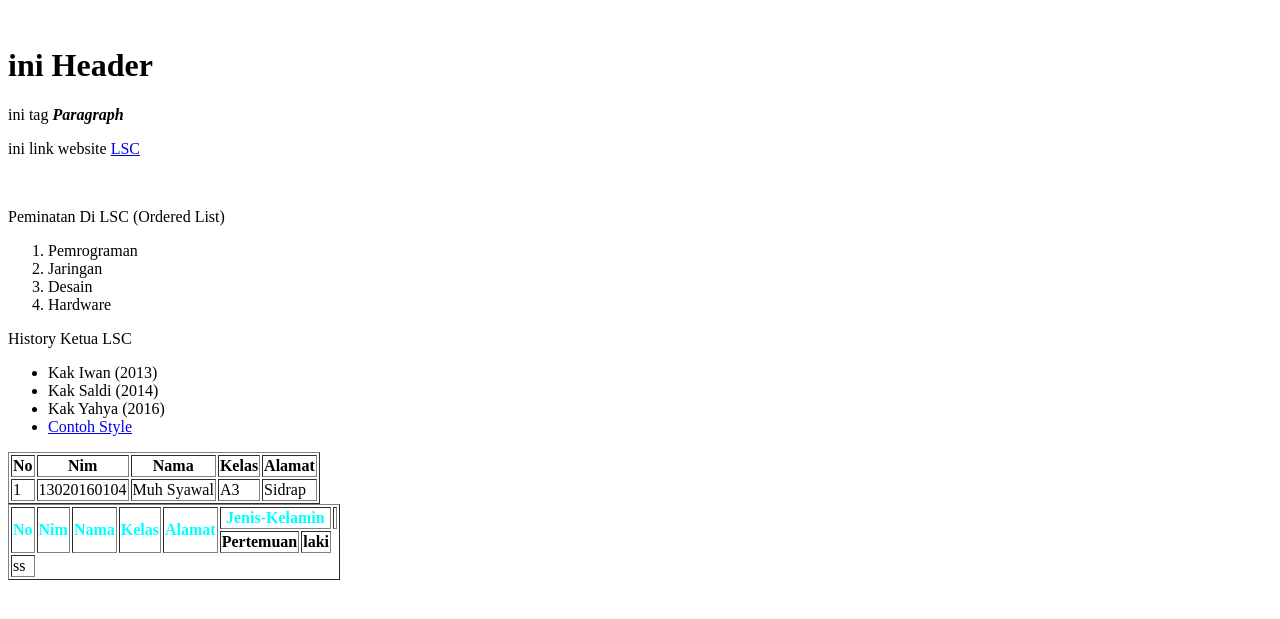
Repository: syawal2kalii/HelloWorld
Page: basichtml.htm
An editor plug-in stored every save of this project. The page is shown before and after a run of saves, followed by the edit.
The browser window is 1280 px wide. The pictures show the whole page.

Above is the page before, as saved 2019-11-17 11:46:49.

### basichtml.htm

<!--
Pertemuan 4
Overview
    Struktur Dasar
    Struktur Tag
        *Tag,Atribute,Property
    Berkenalan Dengan Beberapa Tag
        *header
        *Paragraph
        *Text Style (Bold,italic,font)
        *a
        *image
        *list
        *Table (colspan & Rowspan)
        *input
        *form
        *link import
    Dimensi dari setiap tag (block,inline)
    Studi Case : login,register,table user (No Style)

     -->

<!DOCTYPE html>
<html lang="en">
<head>
    <meta charset="UTF-8">
    <meta name="viewport" content="width=device-width, initial-scale=1.0">
    <meta http-equiv="X-UA-Compatible" content="ie=edge">
    <title>Basic HTML (Pertemuan 5)</title>
</head>
<body>
    <!-- tag atribute value
        global -> style,class (https://www.w3.org/TR/2010/WD-html-markup-20101019/global-attributes.html)
        local -> src
    -->

    <img src="" alt="">
    <h1>ini Header</h1>
    <p>ini tag <b><i>Paragraph</i></b></p>
    <p>ini link website <a href="http://www.lscumi.info.tm">LSC</a> </p>
    <img src="" alt="">
   <p> Peminatan Di LSC (Ordered List) </p>
    <ol>
        <li>Pemrograman</li>
        <li>Jaringan</li>
        <li>Desain</li>
        <li>Hardware</li>
    </ol>

    <p>History Ketua LSC</p>
    <ul>
        <li>Kak Iwan (2013)</li>
        <li>Kak Saldi (2014)</li>
        <li>Kak Yahya (2016)</li>
        <li><a href="https://www.w3schools.com/html/html_lists.asp">Contoh Style</a></li>
    </ul>

    <table border="1"> <!-- tag pembuka -->
        <tr> <!-- table row -->
            <th>No</th> <!-- table Head -->
            <th>Nim</th>
            <th>Nama</th>
            <th>Kelas</th>
            <th>Alamat</th>
        </tr>
        <tr>
            <td>1</td> <!-- table Data -->
            <td>13020160104</td> <!-- table Data -->
            <td>Muh Syawal</td> <!-- table Data -->
            <td>A3</td> <!-- table Data -->
            <td>Sidrap</td> <!-- table Data -->
        </tr>
    </table> <!-- tag penutup -->

    <table border="1">

        <tr style="color: aqua;">
            <th rowspan="2">No</th>
            <th rowspan="2">Nim</th>
            <th rowspan="2">Nama</th>
            <th rowspan="2">Kelas</th>
            <th rowspan="2">Alamat</th>
            <th colspan="2">Jenis-Kelamin</th>
            <th></th>
        </tr>

        <tr>
               <th>Pertemuan</td>
               <th>laki</td>

        </tr>
        <tr>
            <td>ss</td>
        </tr>
    </table>

    <!-- <link rel="stylesheet" href="lscumi.info.tm">Ini link ke website LSC -->


</body>


</html>

<!-- kemungkinan Error
    1.tag a tanpa http
    2.Margin di Css
-->

After the next 3 saves:
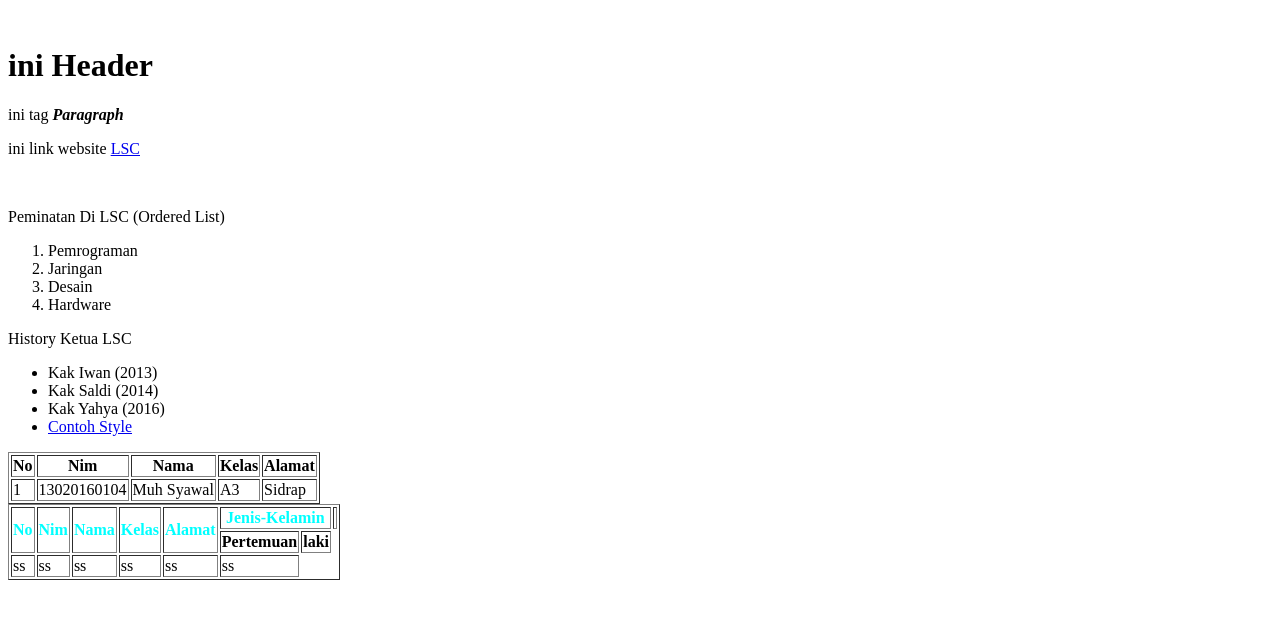
The 3 saves are shown as one change because they came seconds apart.
The last was saved 19 s later.
--- a/basichtml.htm
+++ b/basichtml.htm
@@ -92,6 +92,11 @@ Overview
         </tr>
         <tr>
             <td>ss</td>
+            <td>ss</td>
+            <td>ss</td>
+            <td>ss</td>
+            <td>ss</td>
+            <td>ss</td>
         </tr>
     </table>
 
